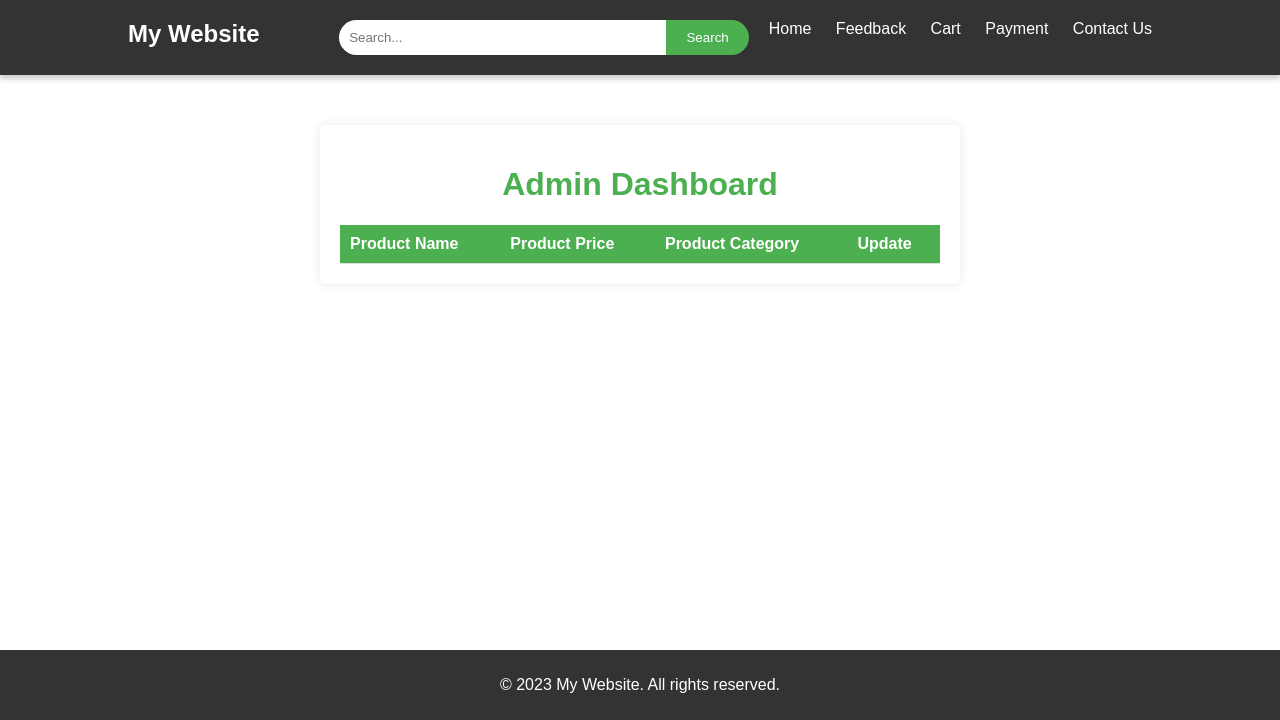
Repository: UrinduYatawakaa/OOP_project
Page: http://localhost/ProductDemo/searchbarAdmin.jsp
The author's editor kept a copy of each file at every save. The page is drawn from the files as they stood at one save, then again after the next save.
The browser window is 1280 px wide. The pictures show the whole page.
The page is served by Tomcat 9. The template is opened directly, without the code that normally fills it, so the values that code supplies are empty.

Above is the page before, as saved 2023-10-25 09:05:12.

After the next save:
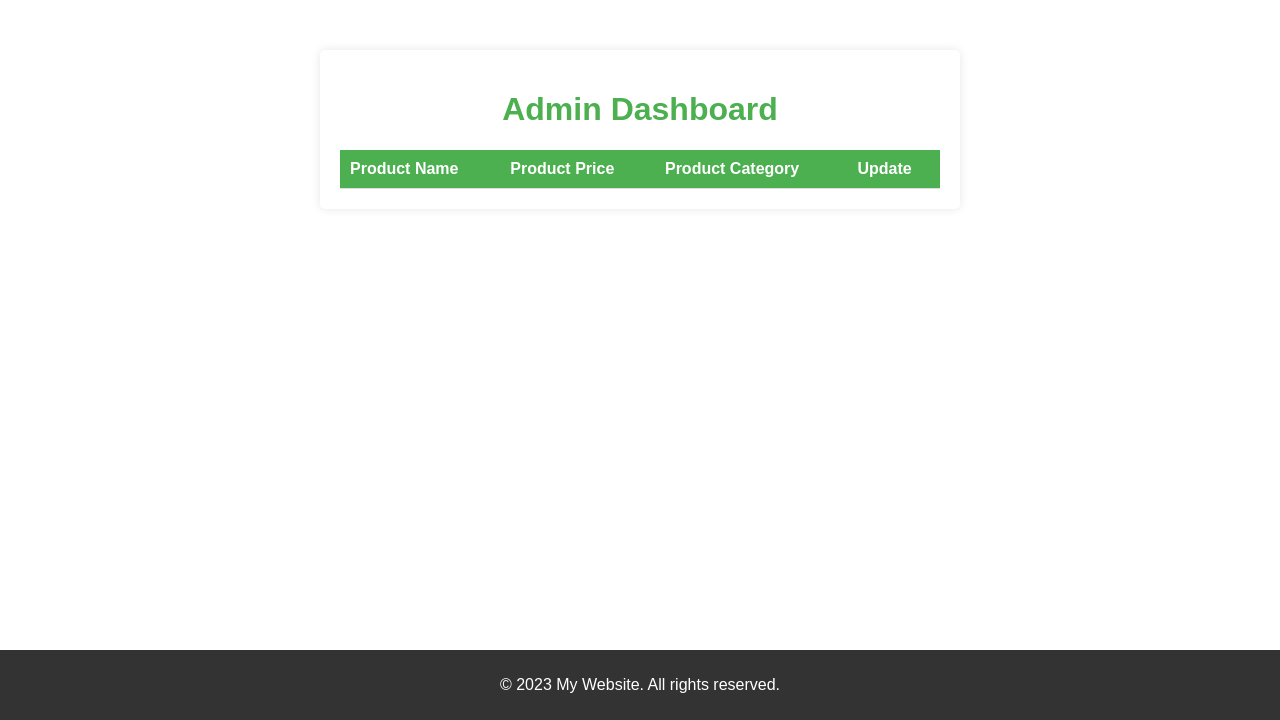
Saved 20 min 45 s later.
--- a/oop project/ProductDemo/src/main/webapp/searchbarAdmin.jsp
+++ b/oop project/ProductDemo/src/main/webapp/searchbarAdmin.jsp
@@ -12,27 +12,6 @@
     <link rel="stylesheet" href="css/category.css" type="text/css">
     <title>Simple Grocery Cart</title>
 </head>
-<header>
-    <div class="container">
-        <h1>My Website</h1>
-        <nav>
-            <ul>
-                <li><a href="homePage.jsp">Home</a></li>
-                <li><a href="#">Feedback</a></li>
-                <li><a href="#">Cart</a></li>
-                <li><a href="#">Payment</a></li>
-                <li><a href="#">Contact Us</a></li>
-            </ul>
-        </nav>
-        <div class="search-bar">
-            <form action="log" method="post">
-                <input type="text" name="ProductName" placeholder="Search...">
-                <input type="submit" name="submit" value="Search">
-            </form>
-        </div>
-
-    </div>
-</header>
 
 <body>
     <div class="container2">
